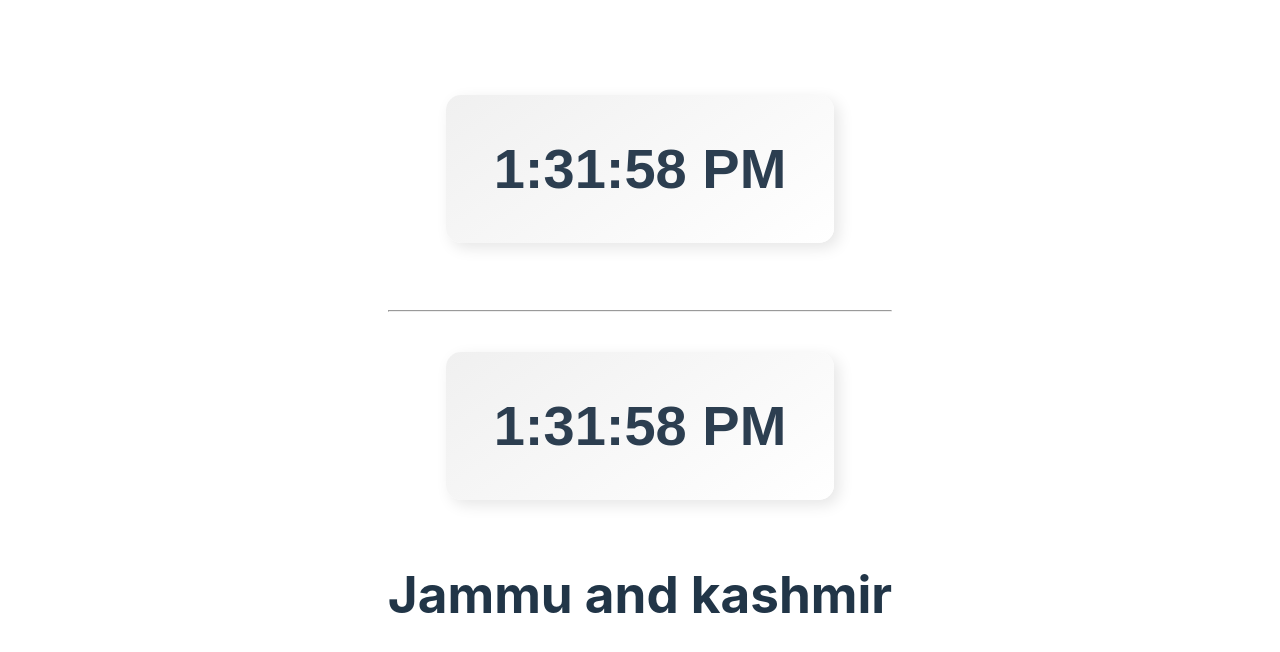
Repository: FARMAN9/inputdata-useRef-and-useEffect
Page: /
The author's editor kept a copy of each file at every save. The page is drawn from the files as they stood at one save, then again after a run of saves.
The browser window is 1280 px wide. The pictures show the whole page.
The project was rebuilt for these pictures with package versions that can differ from the ones it lists, and the page was loaded fresh each time. Also part of the build but not shown: vite.config.js.

Above is the page before, as saved 2025-01-13 12:51:24.

### src/App.jsx
import { useEffect, useState, memo } from "react";
import reactLogo from "./assets/react.svg";
import viteLogo from "/vite.svg";
import "./App.css";
import Clock from "./components/Clock";

function App() {
  const [time, setTime] = useState(new Date());

  useEffect(() => {
    const timer = setInterval(() => {
      setTime(new Date());
    }, 3000);

    // Cleanup interval on component unmount
    console.log(timer);
    return () => clearInterval(timer);
  }, []);

  return (
    <>
      <Clock time={time} />
      <hr />
      <Clock time={time} state={"Jammu and kashmir"} />
    </>
  );
}

export default memo(App);

### src/components/Clock.jsx
import React, { useEffect, useState } from "react";
import "./clock.css";

function Clock({ time, state }) {
  return (
    <>
      <div className="clock">{time.toLocaleTimeString()}</div>
      <h1>{state}</h1>
    </>
  );
}

export default Clock;

### src/components/clock.css
.clock {
  font-family: "Arial", sans-serif;
  font-size: 3.5rem;
  font-weight: 600;
  color: #2c3e50;
  background: linear-gradient(145deg, #f0f0f0, #ffffff);
  padding: 2rem 3rem;
  border-radius: 15px;
  box-shadow: 5px 5px 15px rgba(0, 0, 0, 0.1),
    -5px -5px 15px rgba(255, 255, 255, 0.8);
  display: inline-block;
  margin: 2rem;
  transition: all 0.3s ease;
}

.clock:hover {
  transform: translateY(-3px);
  box-shadow: 8px 8px 20px rgba(0, 0, 0, 0.12),
    -8px -8px 20px rgba(255, 255, 255, 0.9);
}

Loaded but not shown: index.html (common file); src/main.jsx (common file); src/index.css (common file); src/App.css (common file)

After the next 2 saves:
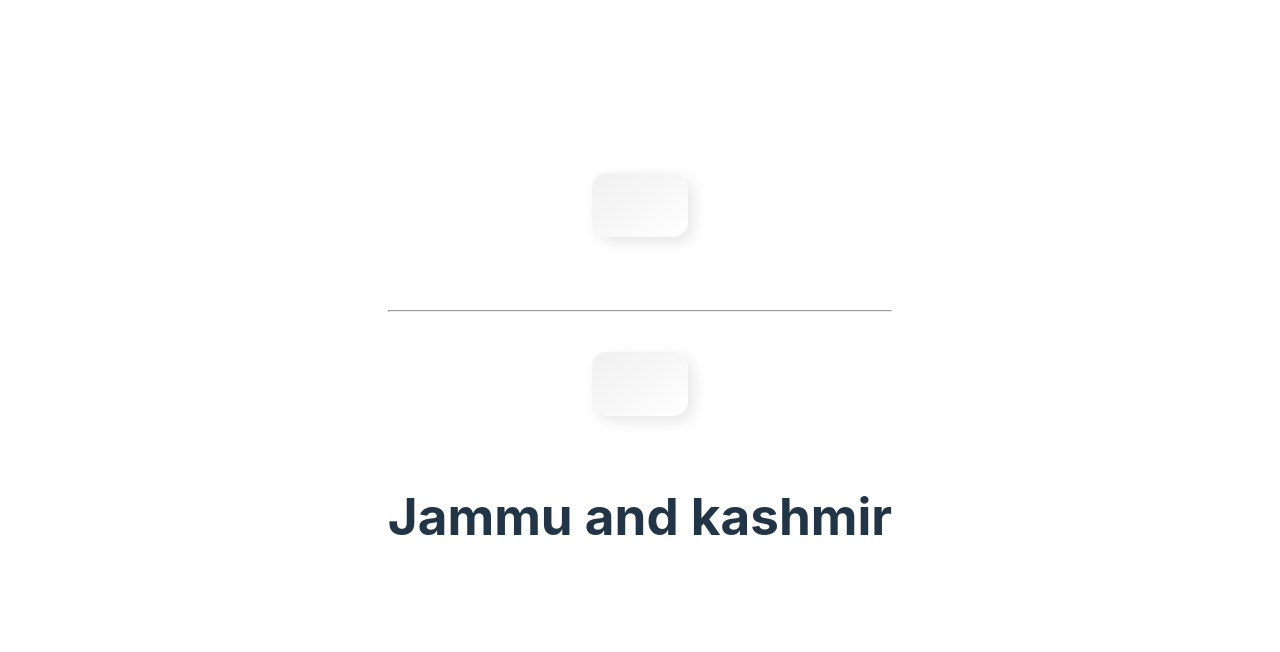
The 2 saves are shown as one change because 1 did not build or start.
The last was saved 11 s later.
--- a/src/components/Clock.jsx
+++ b/src/components/Clock.jsx
@@ -4,7 +4,7 @@
 function Clock({ time, state }) {
   return (
     <>
-      <div className="clock">{time.toLocaleTimeString()}</div>
+      <div className="clock">{time.to}</div>
       <h1>{state}</h1>
     </>
   );

After the 2 saves that followed:
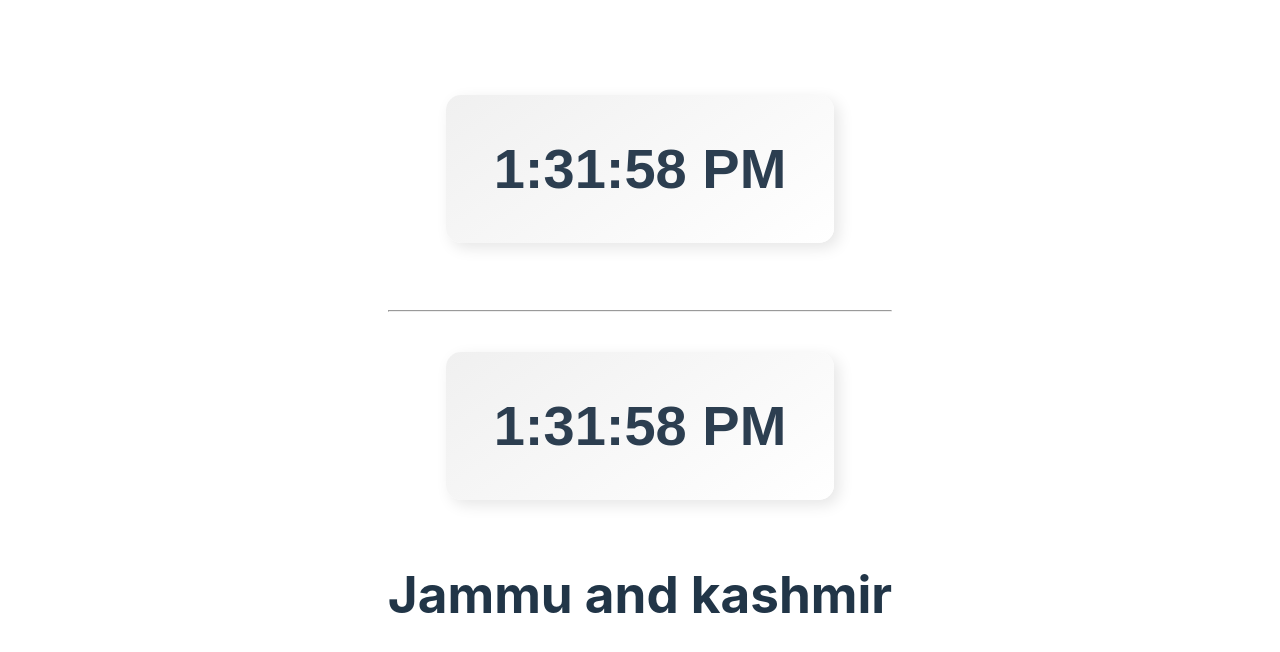
The 2 saves are shown as one change because they came seconds apart.
The last was saved 7 s later.
--- a/src/components/Clock.jsx
+++ b/src/components/Clock.jsx
@@ -4,7 +4,7 @@
 function Clock({ time, state }) {
   return (
     <>
-      <div className="clock">{time.to}</div>
+      <div className="clock">{time.toLocaleTimeString()}</div>
       <h1>{state}</h1>
     </>
   );
